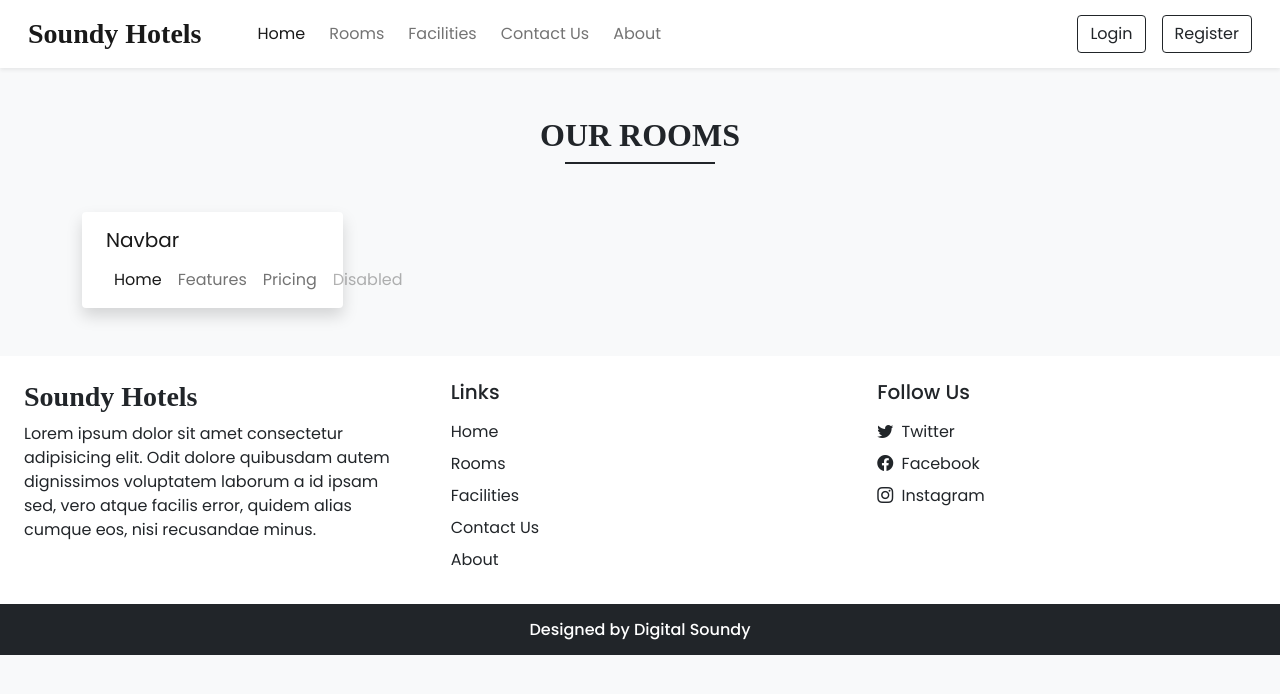
Repository: spencersoundy/Hotel-Booking-App
Page: http://localhost/rooms.php
The author's editor kept a copy of each file at every save. The page is drawn from the files as they stood at one save, then again after a run of saves.
The browser window is 1280 px wide. The pictures show the whole page.
Some web fonts or font styles are not loaded; a fallback is used. The page is run by PHP 8.4 with error messages shown; the project is at /var/www/html/.

Above is the page before, as saved 2023-08-05 00:30:06.

After the next 2 saves:
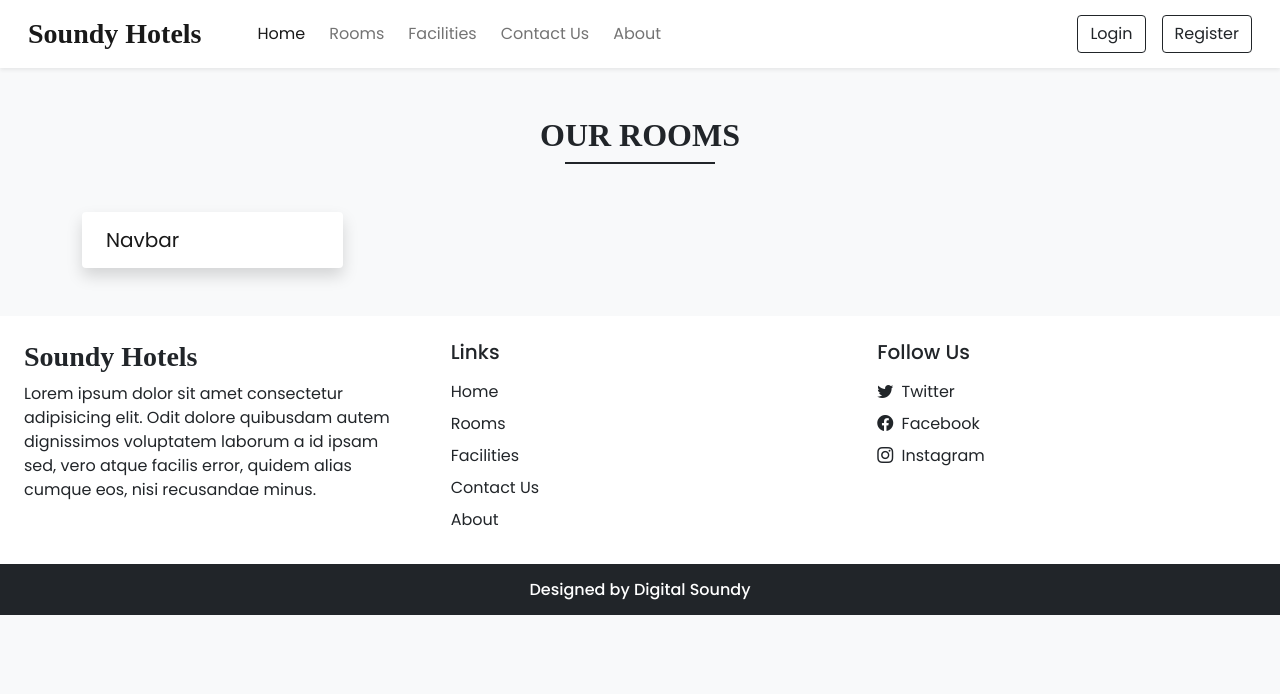
The 2 saves are shown as one change because they came seconds apart.
The last was saved 50 s later.
--- a/rooms.php
+++ b/rooms.php
@@ -27,20 +27,7 @@
                 <span class="navbar-toggler-icon"></span>
                 </button>
                 <div class="collapse navbar-collapse" id="navbarNav">
-                <ul class="navbar-nav">
-                    <li class="nav-item">
-                    <a class="nav-link active" aria-current="page" href="#">Home</a>
-                    </li>
-                    <li class="nav-item">
-                    <a class="nav-link" href="#">Features</a>
-                    </li>
-                    <li class="nav-item">
-                    <a class="nav-link" href="#">Pricing</a>
-                    </li>
-                    <li class="nav-item">
-                    <a class="nav-link disabled">Disabled</a>
-                    </li>
-                </ul>
+
                 </div>
             </div>
         </nav>
